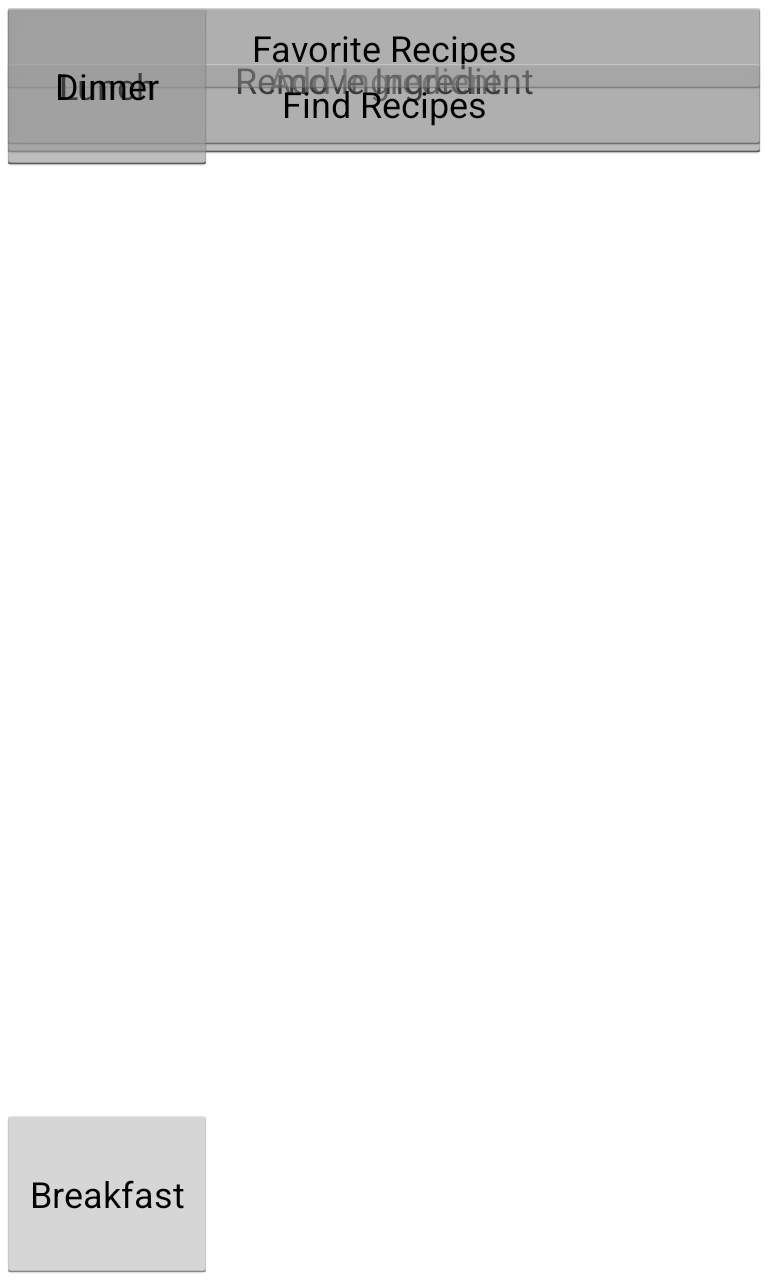
Repository: jmwood22/Boyardroid
Layout: Boyardroid/res/layout/activity_fridge.xml
The author's editor kept a copy of each file at every save. The layout is drawn from the files as they stood at one save, then again after the next save.
It is drawn on a 768 x 1280 px phone screen (xhdpi) without system bars, with theme AppTheme; the app's code is not run.

Above is the layout before, as saved 2013-02-20 10:53:51.

### Boyardroid/res/layout/activity_fridge.xml
<RelativeLayout xmlns:android="http://schemas.android.com/apk/res/android"
    xmlns:tools="http://schemas.android.com/tools"
    android:id="@+id/AbsoluteLayout1"
    android:layout_width="match_parent"
    android:layout_height="match_parent"
    android:orientation="vertical"
    tools:context=".FridgeScreen" >


    <Button
        android:id="@+id/button1"
        android:layout_width="fill_parent"
        android:layout_height="80dp"
        android:layout_gravity="top"
        android:onClick="addIngre"
        android:text="@string/addIngredient_button" />

    <Button
        android:id="@+id/button2"
        android:layout_width="fill_parent"
        android:layout_height="80dp"
        android:layout_gravity="top"
        android:onClick="removIngre"
        android:text="@string/removeIngredient_button" />

    <Button
        android:id="@+id/button3"
        android:layout_width="fill_parent"
        android:layout_height="wrap_content"
        android:layout_gravity="bottom"
        android:onClick="favRecipe"
        android:text="@string/favoriteRecipe_button" />

    <Button
        android:id="@+id/button4"
        android:layout_width="fill_parent"
        android:layout_height="wrap_content"
        android:layout_marginTop="28dp"
        android:onClick="dialogBtn"
        android:text="@string/find_recipe" />

    <Button
         android:id="@+id/Button5"
         android:layout_width="107dp"
         android:layout_height="86dp"
         android:layout_gravity="bottom"
         android:onClick="searchbreakfast"
         android:text="@string/breakfast_button"
         android:layout_alignParentBottom="true"/>

     <Button
         android:id="@+id/Button6"
         android:layout_width="107dp"
         android:layout_height="86dp"
         android:layout_gravity="bottom"
         android:onClick="searchlunch"
         android:text="@string/lunch_button" />

     <Button
         android:id="@+id/button7"
         android:layout_width="107dp"
         android:layout_height="86dp"
         android:layout_gravity="bottom"
         android:onClick="searchdinner"
         android:text="@string/dinner_button" />




</RelativeLayout>

### Boyardroid/res/values/strings.xml
<?xml version="1.0" encoding="utf-8"?>
<resources>

    <string name="app_name">BoyarDroid</string>
    <string name="quick_recipe">Quick Recipe</string>
    <string name="menu_settings">Settings</string>
    <string name="title_activity_quck_recipe">QuckRecipe</string>
    <string name="title_activity_quick_recipe">QuickRecipe</string>
    <string name="find_recipe">Find Recipes</string>
    <string name="hello_world">Hello world!</string>
    <string name="title_activity_home_screen">HomeScreen</string>
    <string name="title_activity_fridge">Fridge</string>
	<string name="fridge_button">Fridge</string>
	<string name="dinner_button">Dinner</string>
	<string name="breakfast_button">Breakfast</string>
	<string name="lunch_button">Lunch</string>
	<string name="user_button">User text</string>
	<string name="addIngredient_button">Add Ingredient</string>
	<string name="removeIngredient_button">Remove Ingredient</string>
	<string name="favoriteRecipe_button">Favorite Recipes</string>
</resources>

Loaded but not shown: Boyardroid/res/values/styles.xml (common file); Boyardroid/res/values-v11/styles.xml (common file); Boyardroid/res/values-v14/styles.xml (common file)

After the next save:
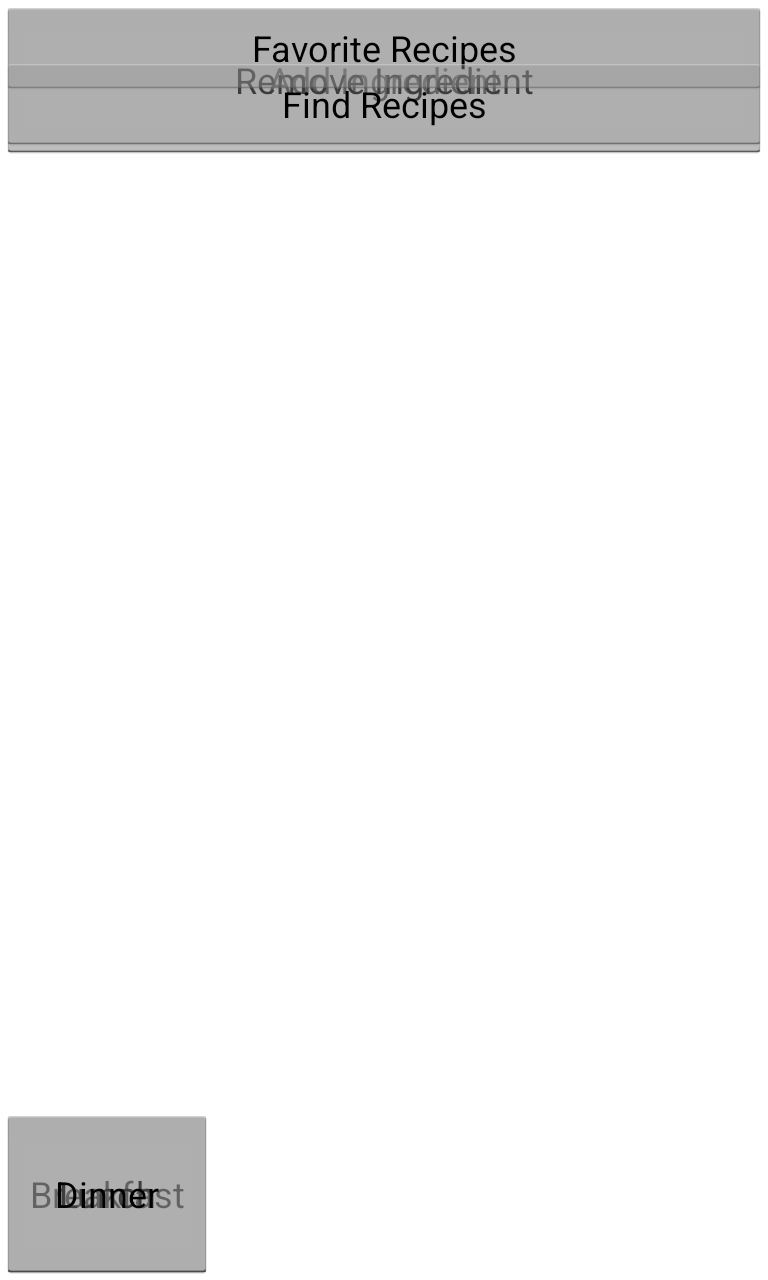
Saved 27 s later.
--- a/Boyardroid/res/layout/activity_fridge.xml
+++ b/Boyardroid/res/layout/activity_fridge.xml
@@ -46,7 +46,7 @@
          android:layout_gravity="bottom"
          android:onClick="searchbreakfast"
          android:text="@string/breakfast_button"
-         android:layout_alignParentBottom="true"/>
+         android:layout_alignParentBottom="true" />
 
      <Button
          android:id="@+id/Button6"
@@ -54,7 +54,8 @@
          android:layout_height="86dp"
          android:layout_gravity="bottom"
          android:onClick="searchlunch"
-         android:text="@string/lunch_button" />
+         android:text="@string/lunch_button"
+         android:layout_alignParentBottom="true" />
 
      <Button
          android:id="@+id/button7"
@@ -62,7 +63,8 @@
          android:layout_height="86dp"
          android:layout_gravity="bottom"
          android:onClick="searchdinner"
-         android:text="@string/dinner_button" />
+         android:text="@string/dinner_button"
+		 android:layout_alignParentBottom="true"/>
 
 
 
